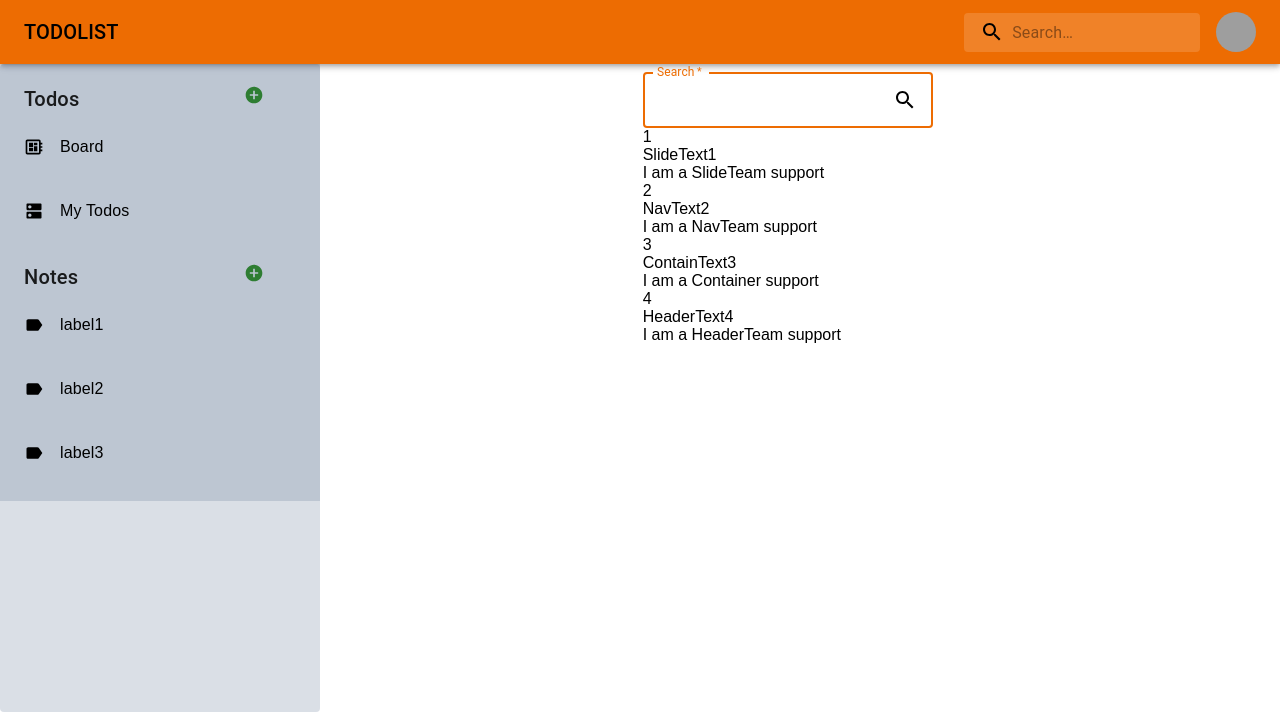
Repository: HrishrathTBS/Trackerbea
Page: / (app in client/)
These files come from the project's save history. The page is drawn as it stood at one moment and after the next save; the edit follows.
The browser window is 1280 px wide. The pictures show the whole page.
Pictures or frames that could not be fetched are drawn as grey boxes. The project was rebuilt for these pictures with package versions that can differ from the ones it lists, and the page was loaded fresh each time. Also part of the build but not shown: client/src/components/TodoList.js, client/src/components/Board.js, client/src/components/ListOfBar.js, client/src/components/MyTodos.js, client/src/pages/Label/Label1.js, client/src/pages/Label/Label2.js, client/src/pages/Label/Label3.js.

Above is the page before, as saved 2022-03-10 18:28:14.

### client/public/index.html
<!DOCTYPE html>
<html lang="en">
  <head>
    <meta charset="utf-8" />
    <link rel="icon" href="%PUBLIC_URL%/favicon.ico" />
    <meta name="viewport" content="width=device-width, initial-scale=1" />
    <meta name="theme-color" content="#000000" />
    <meta
      name="description"
      content="Web site created using mernboilerplate"
    />
    <link rel="apple-touch-icon" href="%PUBLIC_URL%/logo192.png" />
    <!--
      manifest.json provides metadata used when your web app is installed on a
      user's mobile device or desktop. See https://developers.google.com/web/fundamentals/web-app-manifest/
    -->
    <link rel="manifest" href="%PUBLIC_URL%/manifest.json" />
    <!--
      Notice the use of %PUBLIC_URL% in the tags above.
      It will be replaced with the URL of the `public` folder during the build.
      Only files inside the `public` folder can be referenced from the HTML.

      Unlike "/favicon.ico" or "favicon.ico", "%PUBLIC_URL%/favicon.ico" will
      work correctly both with client-side routing and a non-root public URL.
      Learn how to configure a non-root public URL by running `npm run build`.
    -->
    <title>MERN App</title>
  </head>
  <body>
    <noscript>You need to enable JavaScript to run this app.</noscript>
    <div id="root"></div>
    <!--
      This HTML file is a template.
      If you open it directly in the browser, you will see an empty page.

      You can add webfonts, meta tags, or analytics to this file.
      The build step will place the bundled scripts into the <body> tag.

      To begin the development, run `npm start` or `yarn start`.
      To create a production bundle, use `npm run build` or `yarn build`.
    -->
  </body>
</html>

### client/src/App.js
import React from 'react';
import { BrowserRouter } from 'react-router-dom';
import AppRoutes from './UseRoutes';
import './App.css';
const App = () => {
  return (
    <>
      <BrowserRouter>{<AppRoutes />}</BrowserRouter>
    </>
  );
};

export default App;

### client/src/UseRoutes.js
import React from 'react';
import { useRoutes } from 'react-router-dom';
import Board from './components/Board';
import Layout from './components/Layout';
import MyTodos from './components/MyTodos';
import Label1 from './pages/Label/Label1';
import Label2 from './pages/Label/Label2';
import Label3 from './pages/Label/Label3';
const AppRoutes = () => {
  return useRoutes([
    {
      path: '',
      element: <Layout />,
      children: [
        {
          path: 'board',
          element: <Board />,
        },
        {
          path: 'mytodos',
          element: <MyTodos />,
        },
        {
          path: 'label1',
          element: <Label1 />,
        },
        {
          path: 'label2',
          element: <Label2 />,
        },
        {
          path: 'label3',
          element: <Label3 />,
        },
      ],
    },
  ]);
};

export default AppRoutes;

### client/src/App.css
* {
  padding: 0%;
  margin: 0%;
  box-sizing: border-box;
  font-family: sans-serif;
}

### client/src/components/Layout.js
import React from 'react';
import { Outlet } from 'react-router-dom';
import Filter from './Filter';
import Header from './Header';
import SideBar from './SideBar';

const Layout = () => {
  return (
    <div>
      <Header />
      <div style={{ display: 'flex' }}>
        <div>
          <SideBar />
        </div>
        <Filter />
        {<Outlet />}
      </div>
    </div>
  );
};

export default Layout;

### client/src/components/Filter.js
import { Box, Grid, TextField } from '@mui/material';
import React, { useState } from 'react';
import { teams_data } from './LabelData';
import SearchIcon from '@mui/icons-material/Search';
const Filter = () => {
  const [teams, setTeams] = useState([...teams_data]);
  const [search, setSearch] = useState('');

  const handleChange = (e) => {
    const test = teams.filter((team) => {
      return (
        team.HeaderText.toLowerCase().toUpperCase().includes(e.target.value.toLowerCase()) ||
        team.NotesText.toLowerCase().includes(e.target.value.toLowerCase()) ||
        team.TitleText.toLowerCase().includes(e.target.value.toLowerCase())
      );
    });
    setTeams(test);
    setSearch(e.target.value);
  };

  return (
    <>
      <Grid container justifyContent='center' m={1}>
        <Grid item xs={4}>
          <Box sx={{ display: 'flex', alignItems: 'center' }}>
            <TextField autoComplete='text' value={search} color='warning' variant='outlined' fullWidth id='search' label='Search' onChange={handleChange} autoFocus required />
            <SearchIcon sx={{ position: 'relative', right: '40px' }} />
          </Box>
          {teams.map((team) => (
            <>
              <p>{team.HeaderText}</p>
              <p>{team.TitleText}</p>
              <p>{team.NotesText}</p>
            </>
          ))}
        </Grid>
      </Grid>
    </>
  );
};

export default Filter;

### client/src/components/Header.js
import * as React from 'react';
import AppBar from '@mui/material/AppBar';
import Box from '@mui/material/Box';
import Toolbar from '@mui/material/Toolbar';
import IconButton from '@mui/material/IconButton';
import Typography from '@mui/material/Typography';
import Menu from '@mui/material/Menu';
import MenuIcon from '@mui/icons-material/Menu';
import Container from '@mui/material/Container';
import Avatar from '@mui/material/Avatar';
import Tooltip from '@mui/material/Tooltip';
import MenuItem from '@mui/material/MenuItem';
import SearchIcon from '@mui/icons-material/Search';
import { styled, alpha } from '@mui/material/styles';
import { InputBase } from '@mui/material';

const pages = ['Header'];
const settings = ['Profile', 'Account', 'Dashboard', 'Logout'];

const Search = styled('div')(({ theme }) => ({
  position: 'relative',
  borderRadius: theme.shape.borderRadius,
  backgroundColor: alpha(theme.palette.common.white, 0.15),
  '&:hover': {
    backgroundColor: alpha(theme.palette.common.white, 0.25),
  },
  marginRight: theme.spacing(2),
  marginLeft: 0,
  width: '100%',
  [theme.breakpoints.up('sm')]: {
    marginLeft: theme.spacing(3),
    width: 'auto',
  },
}));
const SearchIconWrapper = styled('div')(({ theme }) => ({
  padding: theme.spacing(0, 2),
  height: '100%',
  position: 'absolute',
  pointerEvents: 'none',
  color: 'black',
  display: 'flex',
  alignItems: 'center',
  justifyContent: 'center',
}));
const StyledInputBase = styled(InputBase)(({ theme }) => ({
  color: 'black',
  '& .MuiInputBase-input': {
    padding: theme.spacing(1, 1, 1, 0),
    paddingLeft: `calc(1em + ${theme.spacing(4)})`,
    transition: theme.transitions.create('width'),
    width: '100%',
    [theme.breakpoints.up('md')]: {
      width: '20ch',
    },
  },
}));

const Header = () => {
  const [anchorElNav, setAnchorElNav] = React.useState(null);
  const [anchorElUser, setAnchorElUser] = React.useState(null);

  const handleOpenNavMenu = (event) => {
    setAnchorElNav(event.currentTarget);
  };
  const handleOpenUserMenu = (event) => {
    setAnchorElUser(event.currentTarget);
  };

  const handleCloseNavMenu = () => {
    setAnchorElNav(null);
  };

  const handleCloseUserMenu = () => {
    setAnchorElUser(null);
  };

  return (
    <AppBar position='static' color='warning'>
      <Container maxWidth='xl'>
        <Toolbar disableGutters>
          <Typography variant='h6' noWrap component='div' sx={{ mr: 2, display: { xs: 'none', md: 'flex', color: 'black' } }}>
            TODOLIST
          </Typography>
          <Box sx={{ flexGrow: 1, display: { xs: 'flex', md: 'none' } }}>
            <IconButton size='large' aria-label='account of current user' aria-controls='menu-appbar' aria-haspopup='true' onClick={handleOpenNavMenu} color='inherit'>
              <MenuIcon />
            </IconButton>
            <Menu
              id='menu-appbar'
              anchorEl={anchorElNav}
              anchorOrigin={{
                vertical: 'bottom',
                horizontal: 'left',
              }}
              keepMounted
              transformOrigin={{
                vertical: 'top',
                horizontal: 'left',
              }}
              open={Boolean(anchorElNav)}
              onClose={handleCloseNavMenu}
              sx={{
                display: { xs: 'block', md: 'none' },
              }}
            >
              {pages.map((page) => (
                <MenuItem key={page} onClick={handleCloseNavMenu}>
                  <Typography textAlign='center'>{page}</Typography>
                </MenuItem>
              ))}
            </Menu>
          </Box>

          <Typography variant='h6' noWrap component='div' sx={{ flexGrow: 1, display: { xs: 'flex', md: 'none' } }}>
            TODOLIST
          </Typography>
          <Box sx={{ flexGrow: 1, display: { xs: 'none', md: 'flex' } }}></Box>
          <Search>
            <SearchIconWrapper>
              <SearchIcon />
            </SearchIconWrapper>
            <StyledInputBase placeholder='Search…' inputProps={{ 'aria-label': 'search' }} />
          </Search>
          <Box sx={{ flexGrow: 0 }}>
            <Tooltip title='Open settings'>
              <IconButton onClick={handleOpenUserMenu} sx={{ p: 0 }}>
                <Avatar alt='Remy Sharp' src='/static/images/avatar/2.jpg' />
              </IconButton>
            </Tooltip>
            <Menu
              sx={{ mt: '45px' }}
              id='menu-appbar'
              anchorEl={anchorElUser}
              anchorOrigin={{
                vertical: 'top',
                horizontal: 'right',
              }}
              keepMounted
              transformOrigin={{
                vertical: 'top',
                horizontal: 'right',
              }}
              open={Boolean(anchorElUser)}
              onClose={handleCloseUserMenu}
            >
              {settings.map((setting) => (
                <MenuItem key={setting} onClick={handleCloseUserMenu}>
                  <Typography textAlign='center'>{setting}</Typography>
                </MenuItem>
              ))}
            </Menu>
          </Box>
        </Toolbar>
      </Container>
    </AppBar>
  );
};
export default Header;

### client/src/components/SideBar.js
import * as React from 'react';
import Box from '@mui/material/Box';
import { styled, ThemeProvider, createTheme } from '@mui/material/styles';
import Divider from '@mui/material/Divider';
import List from '@mui/material/List';
import Paper from '@mui/material/Paper';
import ListItem from './ListItem';
import People from '@mui/icons-material/People';
import Dns from '@mui/icons-material/Dns';
import LabelIcon from '@mui/icons-material/Label';
import DeveloperBoardIcon from '@mui/icons-material/DeveloperBoard';
const FireNav = styled(List)({
  '& .MuiListItemButton-root': {
    paddingLeft: 24,
    paddingRight: 24,
  },
  '& .MuiListItemIcon-root': {
    minWidth: 0,
    marginRight: 16,
  },
  '& .MuiSvgIcon-root': {
    fontSize: 20,
  },
});

export default function CustomizedList() {
  const [open, setOpen] = React.useState(true);

  const DataItem = [
    {
      label: 'Todos',
      data: [
        { icon: <DeveloperBoardIcon />, label: 'Board', link: '/board' },
        { icon: <Dns />, label: 'My Todos ', link: '/mytodos' },
      ],
    },
    {
      label: 'Notes',
      data: [
        { icon: <LabelIcon />, label: 'label1', link: '/label1' },
        { icon: <LabelIcon />, label: 'label2 ', link: '/label2' },
        { icon: <LabelIcon />, label: 'label3 ', link: '/label3' },
      ],
    },
  ];

  return (
    <Box sx={{ display: 'flex', height: '90vh' }}>
      <ThemeProvider
        theme={createTheme({
          components: {
            MuiListItemButton: {
              defaultProps: {
                disableTouchRipple: true,
              },
            },
          },
          palette: {
            background: { paper: 'rgba(71, 98, 130, 0.2)' },
          },
        })}
      >
        <Paper elevation={0} sx={{ maxWidth: 370 }}>
          <FireNav component='nav' disablePadding>
            <Divider />
            <Box
              sx={{
                bgcolor: open ? 'rgba(71, 98, 130, 0.2)' : null,
                pb: open ? 2 : 0,
              }}
            >
              {DataItem.map(({ data, label }) => (
                <ListItem data={data} label={label} />
              ))}
            </Box>
          </FireNav>
        </Paper>
      </ThemeProvider>
    </Box>
  );
}

### client/src/components/LabelData.js
// export const teams_data = ['raju', 'ahesan', 'rishabh', 'khodu', 'parsan'];
export const teams_data = [
  {
    HeaderText: '1',
    TitleText: 'SlideText1',
    NotesText: 'I am a SlideTeam support',
  },
  {
    HeaderText: '2',
    TitleText: 'NavText2',
    NotesText: 'I am a NavTeam support',
  },
  {
    HeaderText: '3',
    TitleText: 'ContainText3',
    NotesText: 'I am a Container support',
  },
  {
    HeaderText: '4',
    TitleText: 'HeaderText4',
    NotesText: 'I am a HeaderTeam support',
  },
];

### client/src/components/ListItem.js
import { Box, ListItemIcon, ListItemText } from '@mui/material';
import ListItemButton from '@mui/material/ListItemButton';
import AddCircleIcon from '@mui/icons-material/AddCircle';
import KeyboardArrowDown from '@mui/icons-material/KeyboardArrowDown';
import React from 'react';

const ListItem = ({ data, label }) => {
  const [open, setOpen] = React.useState(true);
  return (
    <>
      <ListItemButton
        alignItems='flex-start'
        sx={{
          px: 3,
          pt: 2.5,
          pb: open ? 0 : 2.5,
          '&:hover, &:focus': { '& svg': { opacity: open ? 1 : 1 } },
        }}
      >
        <ListItemText
          primary={label}
          primaryTypographyProps={{
            fontSize: 20,
            width: '220px',
            fontWeight: 'medium',
            lineHeight: '20px',
            mb: '2px',
          }}
        />
        <AddCircleIcon color='success' />
        <KeyboardArrowDown
          onClick={() => setOpen(!open)}
          sx={{
            opacity: 1,
            px: 2,
            transform: open ? 'rotate(-180deg)' : 'rotate(0)',
            transition: '0.5s',
          }}
        />
      </ListItemButton>
      <Box>
        {open &&
          data &&
          data.map((item) => (
            <ListItemButton key={item.label} sx={{ py: 2, minHeight: 32, color: 'rgba(0,0,0,1)', justifyContent: 'flex-start' }}>
              <ListItemIcon sx={{ color: 'inherit' }}>{item.icon}</ListItemIcon>
              <ListItemText>
                <a href={item.link} style={{ textDecoration: 'none', color: 'black' }}>
                  {item.label}
                </a>
              </ListItemText>
            </ListItemButton>
          ))}
      </Box>
    </>
  );
};
export default ListItem;

Loaded but not shown: client/src/index.js (common file)

After the next save:
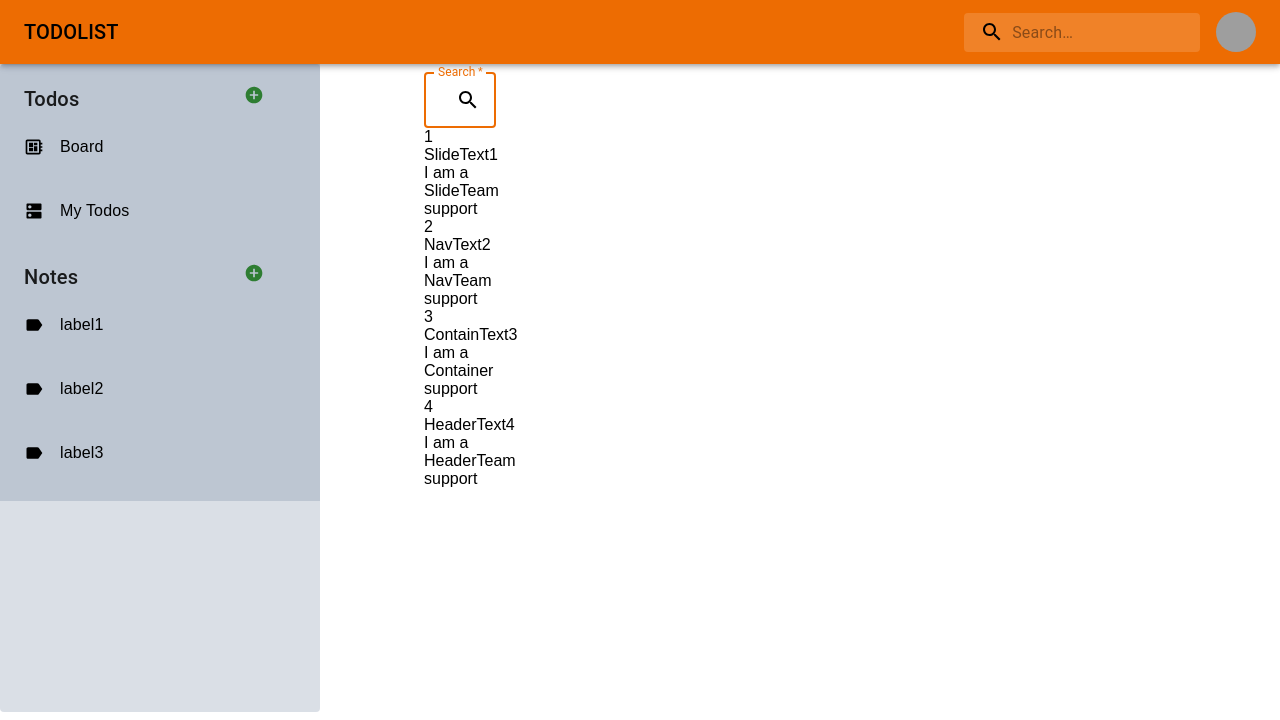
Saved 14 s later.
--- a/client/src/components/Layout.js
+++ b/client/src/components/Layout.js
@@ -12,8 +12,10 @@
         <div>
           <SideBar />
         </div>
-        <Filter />
-        {<Outlet />}
+        <div>
+          <Filter />
+          {<Outlet />}
+        </div>
       </div>
     </div>
   );
